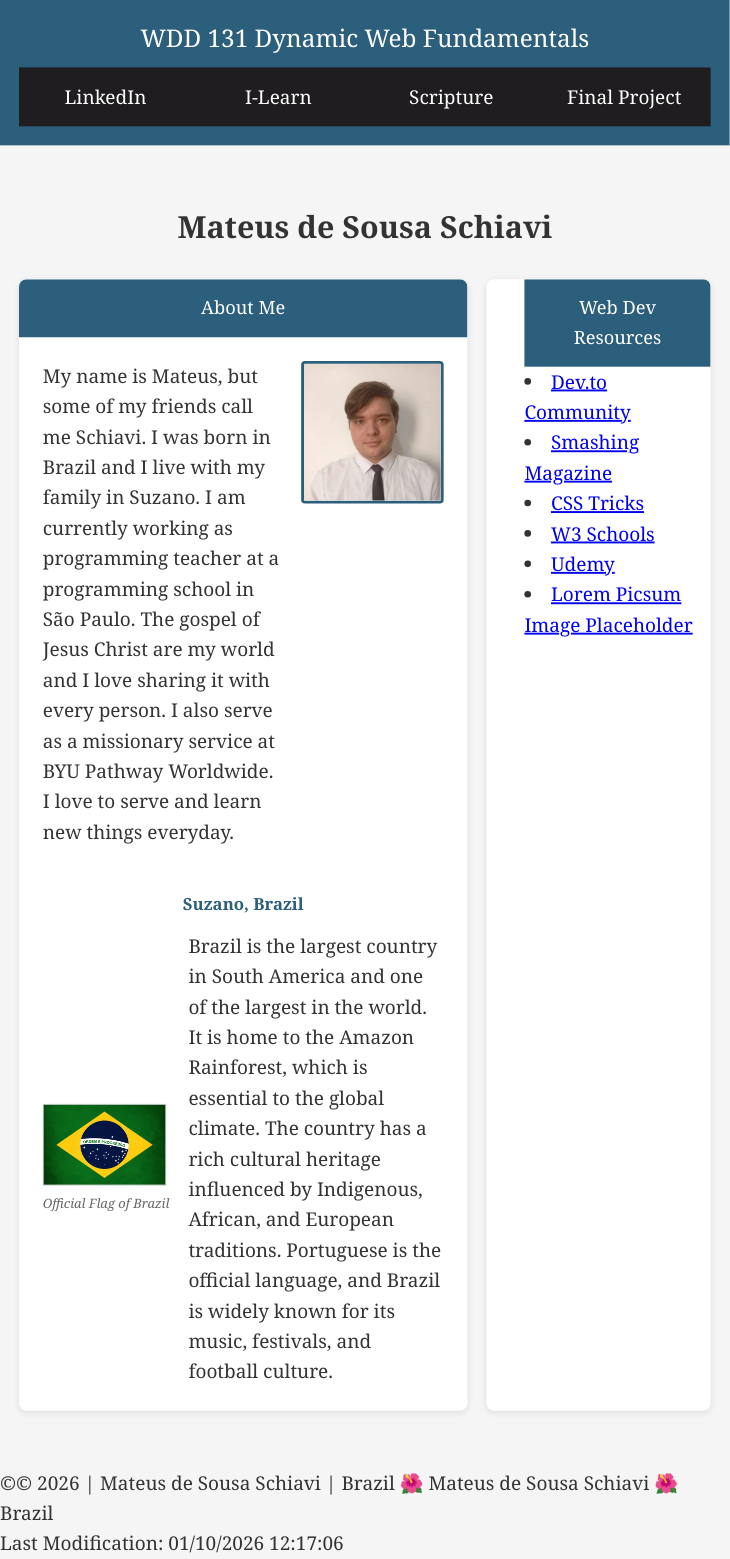
Repository: mateus-schiavi/wdd131
Page: index.html
An editor plug-in stored every save of this project. The page is shown before and after the next save, followed by the edit.
The browser window is 768 px wide. The pictures show the whole page, at 95% of full size.
Some web fonts or font styles are not loaded; a fallback is used.

Above is the page before, as saved 2026-01-10 18:22:18.

### index.html
<!DOCTYPE html>
<html lang="en">

<head>
    <script src="./scripts/getdates.js" defer></script>
    <meta charset="UTF-8">
    <meta name="viewport" content="width=device-width, initial-scale=1.0">
    <meta name="author" content="Mateus de Sousa Schiavi">
    <meta name="description"
        content="Personal homepage for WDD 131 – Dynamic Web Fundamentals, featuring information about Mateus de Sousa Schiavi and useful web development resources.">
    <title>WDD 131 - Dynamic Web Fundamentals - Mateus de Sousa Schiavi</title>
    <link rel="stylesheet" href="./styles/base.css">
    <link rel="preconnect" href="https://fonts.googleapis.com">
    <link rel="preconnect" href="https://fonts.gstatic.com" crossorigin>
    <link href="https://fonts.googleapis.com/css2?family=Ancizar+Serif:ital,wght@0,300..900;1,300..900&display=swap"
        rel="stylesheet">
</head>

<body>
    <header>
    <span id="course-title">WDD 131 Dynamic Web Fundamentals</span>
    <nav>
        <a href="https://www.linkedin.com/in/mateus-de-sousa-schiavi/" target="_blank">LinkedIn</a>
        <a href="https://byupw.instructure.com/" target="_blank">I-Learn</a>
        <a href="https://www.churchofjesuschrist.org/study/scriptures/nt/matt/24?lang=eng&id=p14#p14"
            target="_blank">Scripture</a>
        <a href="#">Final Project</a>
    </nav>
</header>

    <main>
        <h2>Mateus de Sousa Schiavi</h2>
        <div class="content-wrapper">
            <section class="card about-card">
                <h3>About Me</h3>
                <div class="about-content">
                    <div class="text-content">
                        <p>
                            My name is Mateus, but some of my friends call me Schiavi. I was born in Brazil and I live
                            with my family in Suzano. I am currently working as programming teacher at a programming
                            school in São Paulo. The gospel of Jesus Christ are my world and I love sharing it with
                            every person. I also serve as a missionary service at BYU Pathway Worldwide. I love to serve
                            and learn new things everyday.
                        </p>
                    </div>
                    <img src="./images/profile.jpg" alt="Profile picture of Mateus de Sousa Schiavi">
                </div>
                <div class="country">
                    <h4>Suzano, Brazil</h4>
                    <div class="country-content">
                        <figure>
                            <img src="./images/brazilian_flag.jpg" alt="Official flag of Brazil">
                            <figcaption>Official Flag of Brazil</figcaption>
                        </figure>
                        <p>
                            Brazil is the largest country in South America and one of the largest in the world.
                            It is home to the Amazon Rainforest, which is essential to the global climate.
                            The country has a rich cultural heritage influenced by Indigenous, African, and
                            European traditions. Portuguese is the official language, and Brazil is widely
                            known for its music, festivals, and football culture.
                        </p>
                    </div>
                </div>
            </section>
            <section class="card resources-card">
                <h3>Web Dev Resources</h3>
                <ul>
                    <li><a href="https://dev.to/" target="_blank">Dev.to Community</a></li>
                    <li><a href="https://www.smashingmagazine.com/" target="_blank">Smashing Magazine</a></li>
                    <li><a href="https://css-tricks.com/" target="_blank">CSS Tricks</a></li>
                    <li><a href="https://www.w3schools.com/" target="_blank">W3 Schools</a></li>
                    <li><a href="https://www.udemy.com/" target="_blank">Udemy</a></li>
                    <li><a href="https://picsum.photos/" target="_blank">Lorem Picsum Image Placeholder</a></li>
                </ul>
            </section>
        </div>
    </main>
    <footer>
        <p>©<span id="currentYear"></span> 🌺 Mateus de Sousa Schiavi 🌺 Brazil</p>
        <p id="lastModified"></p>
    </footer>
</body>

</html>

### scripts/getdates.js
const currentYear = new Date().getFullYear();

document.getElementById("currentYear").textContent = `© ${currentYear} | Mateus de Sousa Schiavi | Brazil`;

const lastModifiedDate = document.lastModified;

document.getElementById("lastModified").textContent = `Last Modification: ${lastModifiedDate}`;

### styles/base.css
* {
  margin: 0;
  padding: 0;
  box-sizing: border-box;
}

body {
  font-family: 'Ancizar Serif', Georgia, serif;
  background-color: #f5f5f5;
  line-height: 1.6;
  font-size: 20px;
  color: #333;
}

header {
  background-color: #2c5f7c;
  color: white;
  padding: 20px;
  text-align: center;
}

#course-title {
  display: block;
  font-size: 1.6rem;
  font-weight: 400;
  margin-bottom: 10px;
}

nav {
  background-color: #1f1d1f;
  display: flex;
  justify-content: space-around;
  flex-wrap: wrap;
}

nav a {
  color: white;
  text-decoration: none;
  padding: 15px 20px;
  display: block;
  flex: 1;
  text-align: center;
  transition: background-color 0.3s;
}

nav a:hover,
nav a:focus {
  background-color: #444;
}

main {
  max-width: 1200px;
  margin: 60px auto;
  padding: 0 20px;
}

main > h2 {
  text-align: center;
  font-size: 2rem;
  margin-bottom: 30px;
  color: #333;
}

.content-wrapper {
  display: grid;
  grid-template-columns: 2fr 1fr;
  gap: 20px;
}

.card {
  background-color: white;
  border-radius: 8px;
  box-shadow: 0 2px 8px rgba(0, 0, 0, 0.1);
  overflow: hidden;
  transition: transform 0.2s ease, box-shadow 0.2s ease;
}

.card:hover {
  transform: translate(-3px);
  box-shadow: 0 4px 12px rgba(0, 0, 0, 0.15);
}

.card h3 {
  background-color: #2c5f7c;
  color: white;
  padding: 15px;
  text-align: center;
  font-size: 1.2rem;
  margin: 0;
  font-weight: normal;
}

.about-card .about-content {
  padding: 25px;
  display: flex;
  gap: 20px;
  align-items: flex-start;
}

.text-content {
  flex: 1;
}

.text-content p {
  max-width: 65ch;
  text-align: left;
}

.about-content img {
  width: 150px;
  height: auto;
  border: 3px solid #2c5f7c;
  border-radius: 4px;
  flex-shrink: 0;
}

.country {
  padding: 25px;
  padding-top: 20px;
}

.country h4 {
  text-align: center;
  color: #2c5f7c;
  margin-bottom: 15px;
  font-size: 1.1rem;
}

.country-content {
  display: flex;
  gap: 20px;
  align-items: center;
  margin-top: 15px;
}

.country-content figure {
  text-align: center;
  margin: 0;
  flex-shrink: 0;
}

.country-content figure img {
  width: 130px;
  height: auto;
  border: 1px solid #ccc;
  display: block;
  margin-bottom: 8px;
}

.country-content figcaption {
  font-size: 0.85rem;
  font-style: italic;
  color: #666;
}

.country-content p {
  flex: 1;
  max-width: 65ch;
  text-align: left;
}

.resources-card {
  padding-left: 40px;
  list-style-position: inside;
}

After the next save:
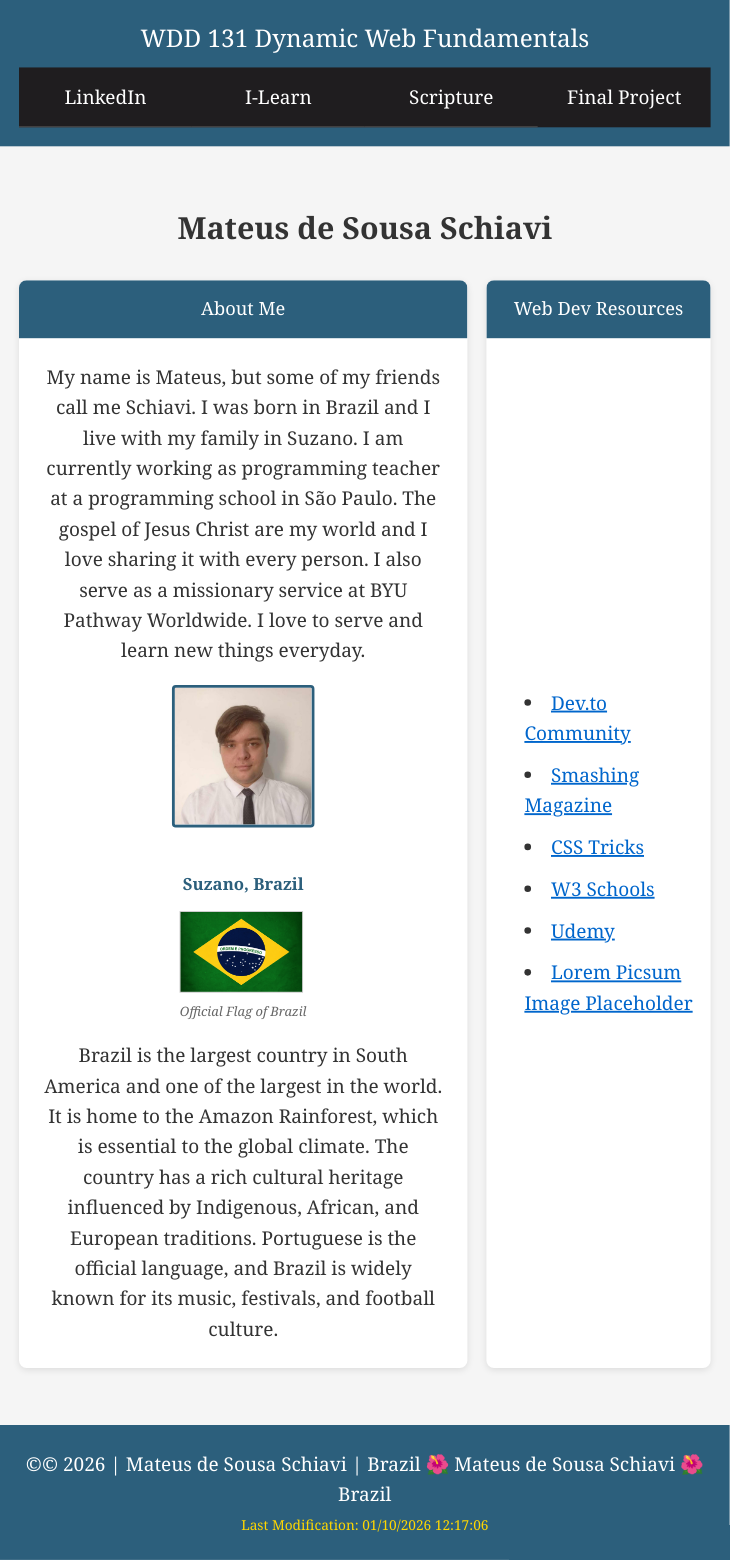
Saved 7 min 8 s later.
--- a/styles/base.css
+++ b/styles/base.css
@@ -160,6 +160,84 @@ main > h2 {
 }
 
 .resources-card {
+  display: flex;
+  flex-direction: column;
+}
+
+.resources-card ul {
   padding-left: 40px;
   list-style-position: inside;
-}
+  display: flex;
+  flex-direction: column;
+  justify-content: center;
+  height: 100%;
+}
+
+.resources-card li {
+  margin-bottom: 12px;
+}
+
+.resources-card li:last-child {
+  margin-bottom: 0;
+}
+
+.resources-card a {
+  color: #0066cc;
+  text-decoration: underline;
+  transition: color 0.2s;
+}
+
+.resources-card a:hover,
+.resources-card a:focus {
+  color: #004499;
+}
+
+footer {
+  background-color: #2c5f7c;
+  color: white;
+  text-align: center;
+  padding: 20px;
+  margin-top: 40px;
+}
+
+footer p {
+  margin: 5px 0;
+}
+
+#lastModified {
+  font-size: 0.9rem;
+  color: #ffd700;
+}
+
+@media (max-width: 900px) {
+  .content-wrapper {
+    flex-direction: column;
+  }
+
+  nav a {
+    border-bottom: 1px solid #555;
+  }
+
+  nav a:last-child {
+    border-bottom: none;
+  }
+
+  .about-card .about-content {
+    flex-direction: column;
+    align-items: center;
+    text-align: center;
+  }
+
+  .about-card .text-content p {
+    text-align: center;
+  }
+
+  .country-content {
+    flex-direction: column;
+    text-align: center;
+  }
+
+  .country-content p {
+    text-align: center;
+  }
+}
